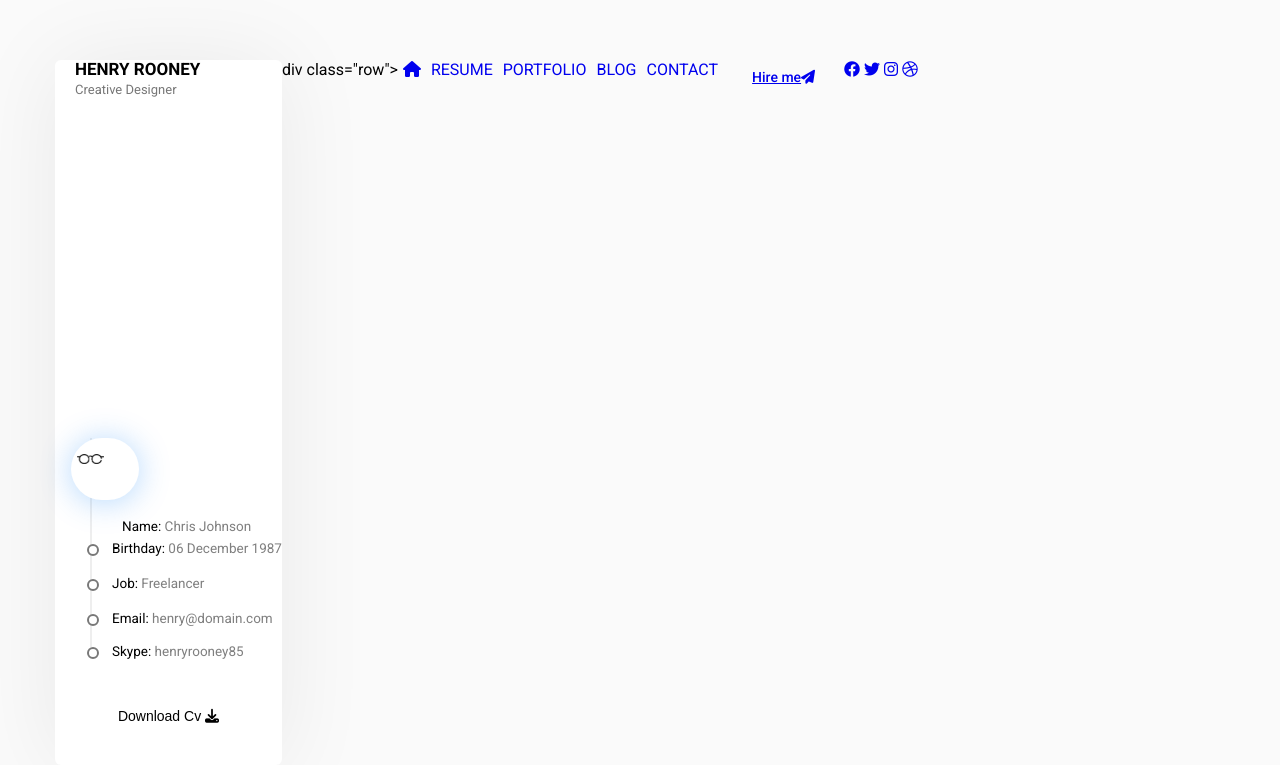
Repository: Lehuyhuynh/mat
Page: index.html
These files come from the project's save history. The page is drawn as it stood at one moment and after a run of saves; the edit follows.
The browser window is 1280 px wide. The pictures show the whole page.

Above is the page before, as saved 2023-04-12 12:23:38.

After the next 3 saves:
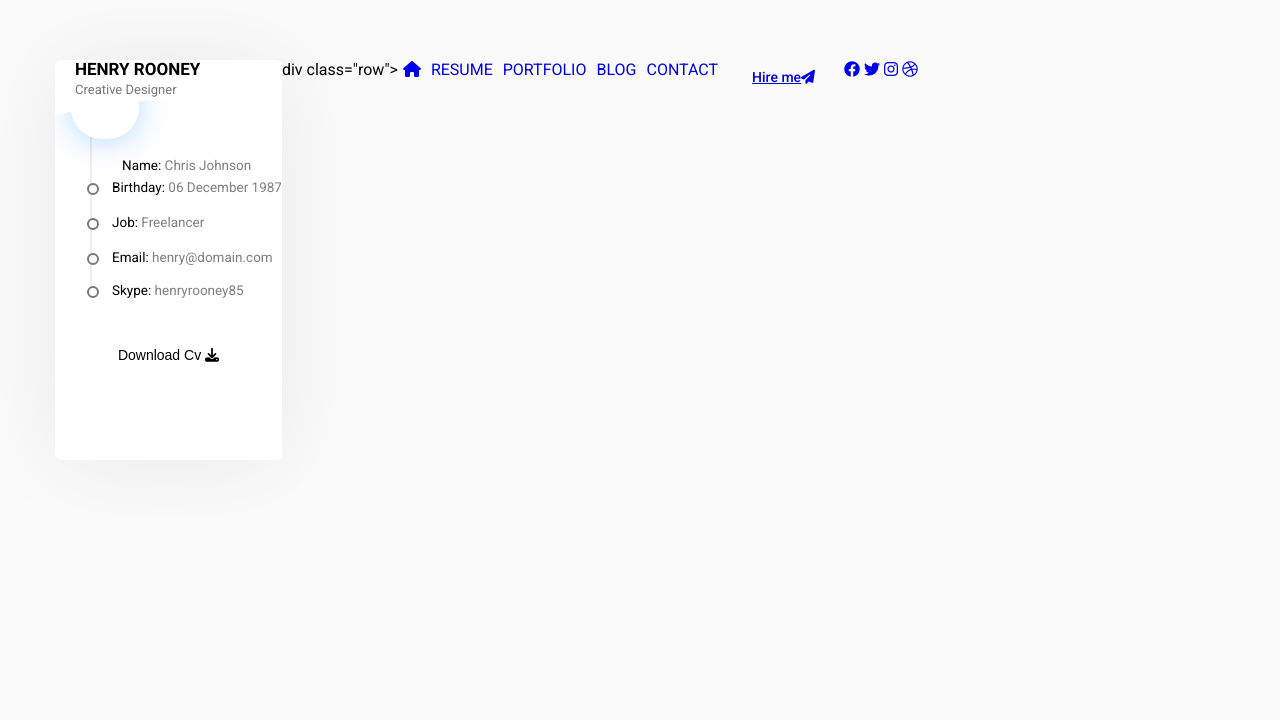
The 3 saves are shown as one change because they came seconds apart.
The last was saved 96 s later.
--- a/index.html
+++ b/index.html
@@ -40,7 +40,7 @@
 
                     </div>
 
-                    <figure class="profile-img" src="img/profile.jpg" alt="#"> </figure>
+                    <figure class="profile-img" src="img/profile.jpg" alt="#"> <
 
                      <ul class="profile-information">
 

After the save that followed:
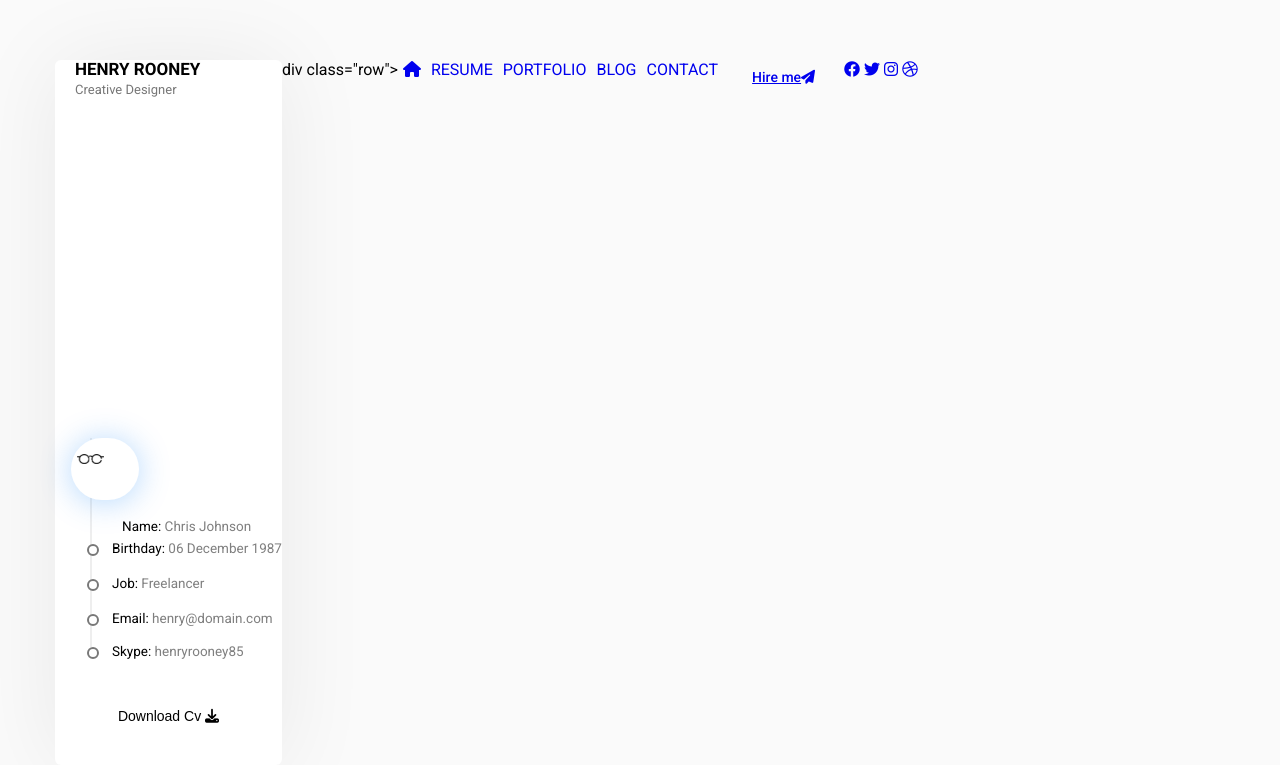
Saved 8 s later.
--- a/index.html
+++ b/index.html
@@ -40,7 +40,8 @@
 
                     </div>
 
-                    <figure class="profile-img" src="img/profile.jpg" alt="#"> <
+                    <figure class="profile-img" src="img/profile.jpg" alt="#"> </figure>
+
 
                      <ul class="profile-information">
 
